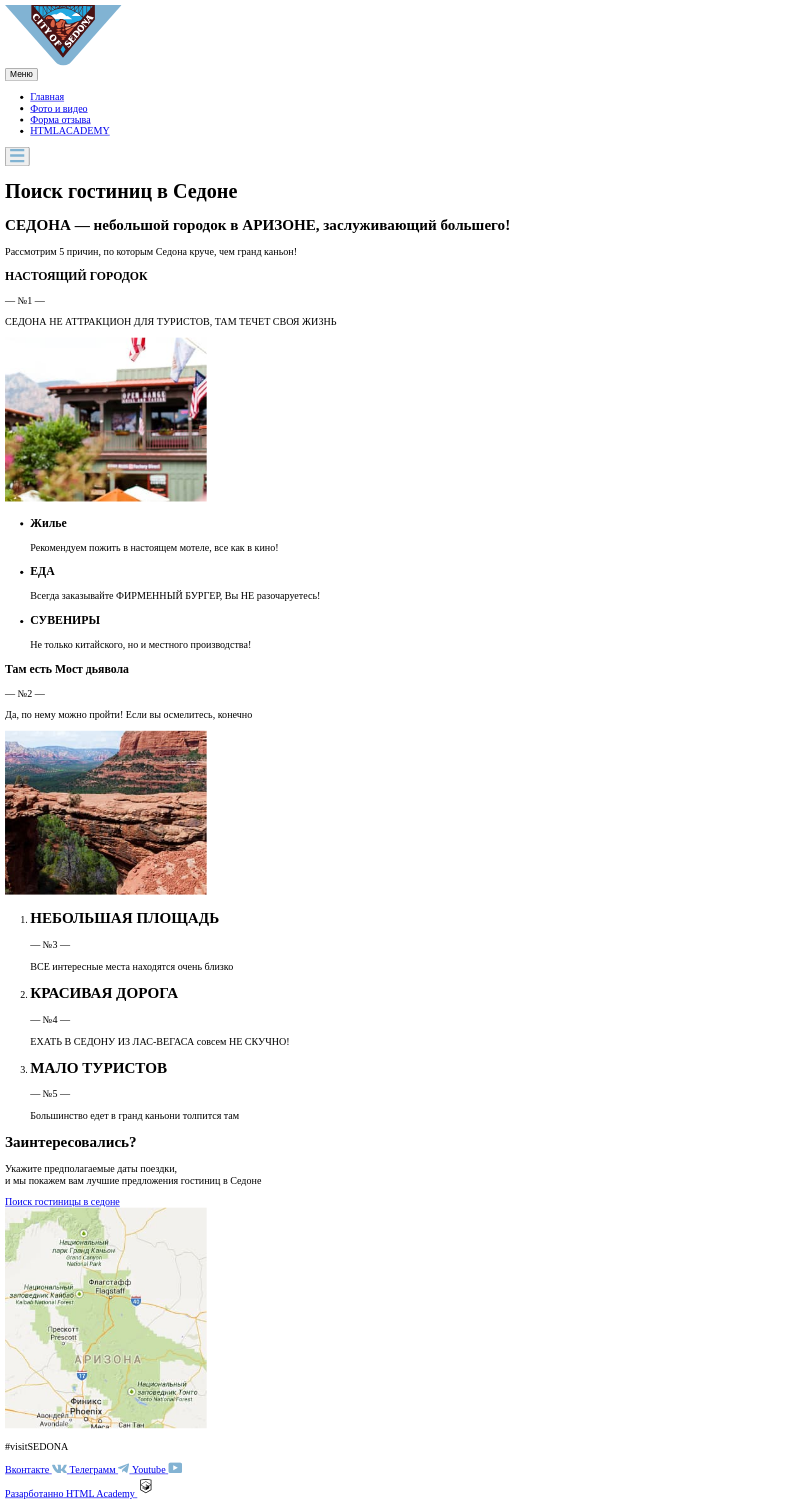
Repository: iKrekus/2149661-sedona-27
Page: source/index.html
The author's editor kept a copy of each file at every save. The page is drawn from the files as they stood at one save, then again after the next save.
The browser window is 1280 px wide. The pictures show the whole page, at 63% of full size.

Above is the page before, as saved 2022-11-28 21:01:22.

After the next save:
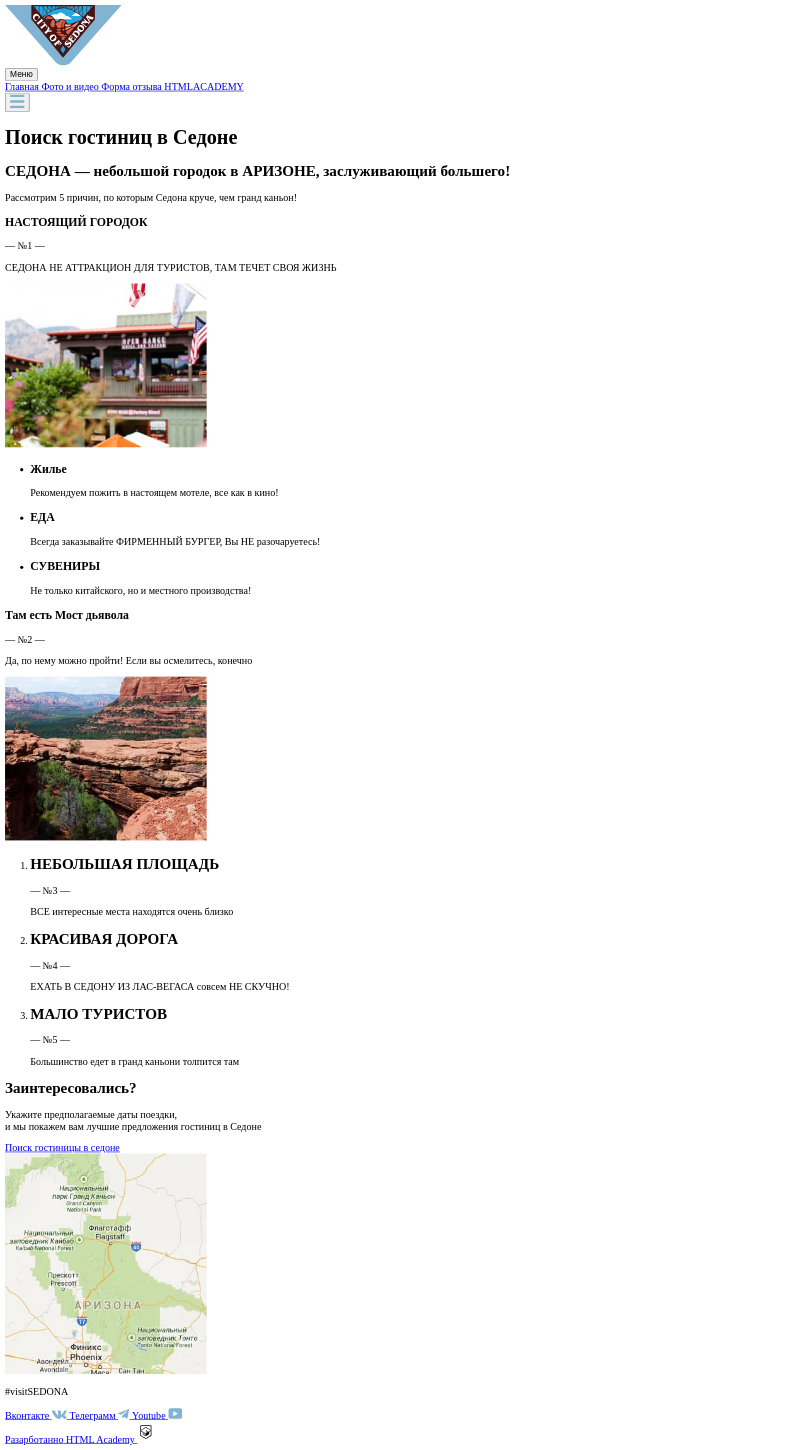
Saved 55 min 41 s later.
--- a/source/index.html
+++ b/source/index.html
@@ -9,38 +9,28 @@
     <a class="main-header__logo">
       <img src="img/logos/logo.svg" width="185" height="96" alt="Логотип 'Седона'.">
     </a>
-    <nav class="main-nav">
+    <div class="main-nav">
       <button class="main-nav__toggle" type="button">
         <span class="visually-hidden">Меню</span>
       </button>
-      <div class="main-nav__wrapper">
-        <ul class="main-nav__list">
-          <li class="main-nav__item main-nav__item--current">
-            <a href="index.html">
-              Главная
-            </a>
-          </li>
-          <li class="main-nav__item">
-            <a href="catalog.html">
-              Фото и видео
-            </a>
-          </li>
-          <li class="main-nav__item">
-            <a href="form.html">
-              Форма отзыва
-            </a>
-          </li>
-          <li class="main-nav__item">
-            <a href="https://htmlacademy.ru/">
-              HTMLACADEMY
-            </a>
-          </li>
-        </ul>
-      </div>
+      <nav class="main-nav__wrapper">
+        <a class="main-nav__item main-nav__item--current" href="index.html">
+          Главная
+        </a>
+        <a href="catalog.html">
+          Фото и видео
+        </a>
+        <a href="form.html">
+          Форма отзыва
+        </a>
+        <a href="https://htmlacademy.ru/">
+          HTMLACADEMY
+        </a>
+      </nav>
       <button class="menu-button" type="button">
         <svg width="23" height="22" viewBox="0 0 23 22" fill="none" xmlns="http://www.w3.org/2000/svg"><path d="M22.9 0H0v4h22.9V0ZM22.9 9H0v4h22.9V9ZM22.9 18H0v4h22.9v-4Z" fill="#81B3D2"/></svg>
       </button>
-    </nav>
+    </div>
   </header>
   <main class="main-container">
     <h1 class="visually-hidden">Поиск гостиниц в Седоне</h1>
